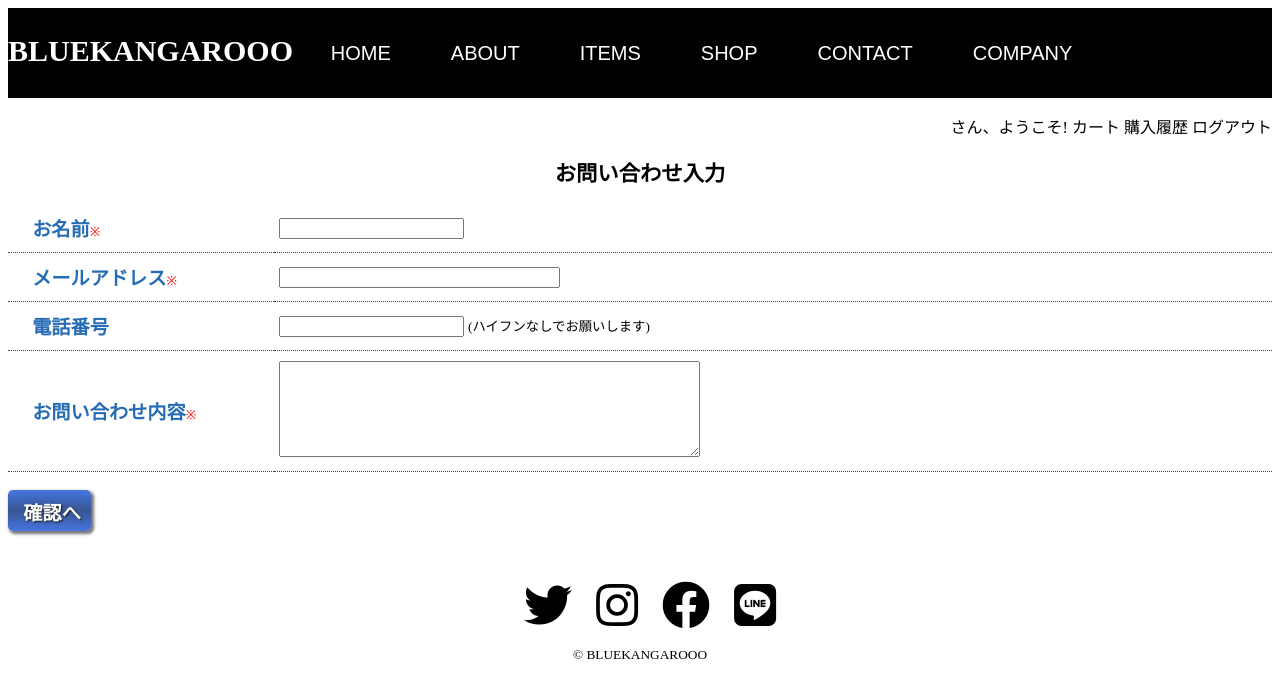
Repository: xiezom/test
Page: http://localhost/ecsite/contact.jsp
An editor plug-in stored every save of this project. The page is shown before and after the next save, followed by the edit.
The browser window is 1280 px wide. The pictures show the whole page.
Some web libraries are served in a nearby version. The page is served by Tomcat 9. Other server files are loaded and not shown.

Above is the page before, as saved 2019-03-29 06:08:04.

### ecsite/WebContent/contact.jsp
<%@ page language="java" contentType="text/html; charset=UTF-8"
    pageEncoding="UTF-8"%>
<%@ taglib prefix="s" uri="/struts-tags"%>
<!DOCTYPE html>
<html>
<head>

	<meta http-equiv="Content-Type" content="text/html; charset=utf8"/>
	<meta http-equiv="Content-Style-Type" content="text/css"/>
	<meta http-equiv="Content-Script-Type" content="text/javascript"/>
	<meta http-equiv="imagetoolbar" content="no">
	<meta name="description" content=""/>
	<meta name="keywords" content=""/>

	<title>CONTACT</title>

	<link rel="stylesheet" type="text/css" href="./css/contact.css">
	<link rel="stylesheet" href="https://use.fontawesome.com/releases/v5.8.1/css/all.css">

	<!--
	<script type="text/javascript" src="./jquery-2.1.1.min.js"></script>
	-->
	<script src="https://ajax.googleapis.com/ajax/libs/jquery/2.1.1/jquery.min.js"></script>
	<script type="text/javascript" src="./js/contact.js"></script>

</head>
<body>
	<div class="header">
		<h1 class="logo">BLUEKANGAROOO</h1>
		<ul>
            <li><a href='<s:url action="GoHomeAction"/>'>HOME</a></li>
            <li><a href='<s:url action="AboutAction"/>'>ABOUT</a></li>
            <li><a href='<s:url action="HomeAction"/>'>ITEMS</a></li>
            <li><a href="">SHOP</a></li>
            <li><a href='<s:url action="ContactAction"/>'>CONTACT</a></li>
            <li><a href="">COMPANY</a></li>
        </ul>

	</div>
	<div>
    	<p class="welcome">
	        <s:property value="session.user_name"/>さん、ようこそ!
	        <a href='<s:url action="MyCartAction"/>'>カート</a>
	        <a href='<s:url action="MyPageAction" />'>購入履歴</a>
	        <a href='<s:url action="LogoutAction" />'>ログアウト</a>
    	</p>
	</div>
	<div id="container">
		<div id="contact" class="contents">
		<form name="contactForm" method="post" action="./contact.php" class="ContactForm">
			<!-- お問い合わせ内容-->
			<div id="contactInfos">
				<div id="v1" class="ItemContent"><!-- 入力画面 -->
					<h2 class="Ttl"><span>お問い合わせ入力</span></h2>
				      <table class="Tbl">
				        <tbody>
				          <tr>
				            <td class="TxtR">お名前<em>※</em></td>
				            <td><input type="text" name="user_name" class="IText ChangeConfirm ImeModeActive IO" data-rule="required" data-confirm="c_userName" title="お名前"></td>
				          </tr>
				          <tr>
				            <td class="TxtR">メールアドレス<em>※</em></td>
				            <td><input name="email" class="IText ChangeConfirm IO" type="email" size="32" maxlength="128" data-rule="required,email" data-confirm="c_email" title="メールアドレス"></td>
				          </tr>
				          <tr>
				            <td class="TxtR">電話番号</td>
				            <td><input name="tel" class="IText ChangeConfirm IO" type="tel" data-rule="tel" data-confirm="c_tel" title="電話番号" >
				              <small>(ハイフンなしでお願いします)</small>
				            </td>
				          </tr>
				          <tr>
				            <td class="TxtR">お問い合わせ内容<em>※</em></td>
				            <td><textarea name="contents" class="ITextArea ChangeConfirm ImeModeActive IO" cols="50" rows="6" maxlength="1000" data-rule="required" data-confirm="c_infos" title="お問い合わせ内容"></textarea></td>
				          </tr>
				        </tbody>
				      </table>
		      		<br>
		      		<input type="button" class="Btn" value=" 確認へ" id="goConfirm">
		      		<br>
		      	</div><!-- //入力画面 -->

		      	<div id="v2" class="ItemContent" style="display:none;"><!-- 確認画面 -->
					<h2 class="ttl"><span>お問い合わせ確認</span></h2>
				      <table class="Tbl">
				        <tbody>
				          <tr>
				            <td class="TxtR">お名前<em>※</em></td>
				            <td><span id="c_userName"></span></td>
				          </tr>
				          <tr>
				            <td class="TxtR">メールアドレス<em>※</em></td>
				            <td><span id="c_email"></span></td>
				          </tr>
				          <tr>
				            <td class="TxtR">電話番号</td>
				            <td><span id="c_tel"></span>
				            </td>
				          </tr>
				          <tr>
				            <td class="TxtR">お問い合わせ内容<em>※</em></td>
				            <td><span id="c_infos"></span></td>
				          </tr>
				        </tbody>
				      </table>
		      		<div style="margin:1rem;">
		      		<input type="button" class="Btn BackBtn" value=" 修正する " id="goBack">　<input type="submit" class="Btn" value=" 送信する ">
		      		</div>
		      	</div><!-- 確認画面 -->

		     </div><!-- お問い合わせ内容-->
		</form>
		</div>
	</div>

	<div class="footer">
	<nav>
		<ul class="social">
			<li><a href="https://twitter.com/brue61663564" target="_blank"><i class="fab fa-twitter fa-3x"></i></a>
			</li>
			<li><a href="" target="_blank"><i class="fab fa-instagram fa-3x"></i></a>
			</li>
			<li><a href="" target="_blank"><i class="fab fa-facebook fa-3x"></i></a>
			</li>
			<li><a href="" target="_blank"><i class="fab fa-line fa-3x"></i></a>
			</li>
		</ul>
	</nav>
		<p class="copy"><small>&copy; BLUEKANGAROOO</small></p>
	</div>

</body>
</html>

### ecsite/WebContent/css/contact.css
@CHARSET "utf-8";

		a {
			text-decoration: none;
			color: black;
			position: relative;
  			display: inline-block;
		}

		a::after {
			position: absolute;
			bottom: -4px;
			left: 0;
			content: '';
			width: 100%;
			height: 2px;
			background: #333;
			transform: scale(0, 1);
			transform-origin: center top;
			transition: transform .3s;
		}

		a:hover::after {
			  transform: scale(1, 1);
		}

		ul {
			list-style-type: none;
		}

		.top {
			width: 780px;
			margin: 30px auto;
			border: 1px solid #333;
		}

		.header {
			width: 100%;
			height: 90px;
			background-color: black;
			overflow: hidden;
		}

		.logo {
			margin-top: -2px;
			float: left;
			width: 20%;
			line-height: 90px;
			color: white;
			font-family: robot;
			font-size: 30px;
		}

		.header ul {
			text-align: center;
			float: left;
			margin: 0 auto;
		}

		.header ul {
			text-align: center;
			float: left;
			margin: 0 auto;
		}

		.header ul li {
		    float: left;
		    padding-left: 30px;
		    padding-right: 30px;
		    line-height: 90px;
		    font-size: 20px;
		    font-family: 游ゴシック, YuGothic, meiryo, sans-serif;
		    color: #fff;
		    transition: background-color 2s;
		}

		.header ul li a {
			color: white;
		}

		.header li:hover {
			background-color: #585649;
			transition: background-color 800ms;
		}

		.header ul li a:visited {
			color: white;
		}

		.welcome {
			text-align: right;
		}

		.main {
			clear: both;
			width: 100%;
			height: auto;
			text-align: center;
		}

		table.Tbl {
			border-collapse: collapse;
			border: 0;
			width: 100%;
		}
		table.Tbl td {
			border-bottom: dotted 1px #404040;
			text-align: left;
		}
		td.txtRight {
			text-align: right;
		}
		table.Tbl td:first-child {
			color: #266CB5;
			padding: 10px 0 10px 5px;;
			width: 20%;
			font-weight: bold;
			font-size: 1.2em;
		  	text-indent: 1em;
		}
		table.Tbl td:last-child {
			padding: 10px 0 10px 5px;;
			width: 75%;
		}


		td.TxtR {
			text-align: right;
		}

		/* ======== お問い合わせ枠CSS ========== */
		.ITxt {
			min-width: 13em;
			background: #f4f4f4;
			background: -webkit-gradient(linear, left top, left bottom, from(#fff), to(#f4f4f4));
			background: -moz-linear-gradient(top, #fff, #f4f4f4);
			border: 2px solid #DADADA;
			padding: 5px 0;
			-webkit-box-shadow: inset 0 2px 3px rgba(0,0,0,.1);
			-moz-box-shadow: inset 0 2px 3px rgba(0,0,0,.1);
			box-shadow: inset 0 2px 3px rgba(0,0,0,.1);
			-webkit-appearance: none;
			color: #403071;
			font-size: 150%;
			font-weight: bold;
			ime-mode: auto;
		}
		.ImeModeActive {
			ime-mode: active;   /* 全角モード */
		}

		.Btn {
		    /* 文字サイズを1.2emに指定 */
		    font-size: 1.2em;
		    /* 文字の太さをboldに指定 */
		    font-weight: bold;
		    /* 縦方向に10px、
		     * 横方向に30pxの余白を指定 */
		    padding: 8px 10px 5px;
		    /* 文字色を白色に指定 */
		    color: #fff;
		    /* ボーダーをなくす */
		    border-style: none;
		    /* ボタンの影の指定
			 */
		    box-shadow: 2px 2px 3px 1px #666;
		    -moz-box-shadow: 2px 2px 3px 1px #666;
		    -webkit-box-shadow: 2px 2px 3px 1px #666;
		    /* テキストの影の指定 */
		    text-shadow: 1px 1px 2px #000;
		    /* グラデーションの指定 */
		    background: -moz-linear-gradient(bottom, #36d, #248 50%, #36d);
		    background: -webkit-gradient(linear, left bottom, left top, from(#36d), color-stop(0.5, #248), to(#36d));
		    /* 角丸の指定 */
		    -moz-border-radius: 5px;
		    -webkit-border-radius: 5px;
		    border-radius: 5px;
		    /* 透明度を10%に指定 */
		    opacity: 0.9;
		}

		.Btn:hover {
		    opacity: 1;
		    cursor:pointer;
		}


		.Ttl {
			font-size: 16pt;
			font-weight: bolder;
			text-align: center;
		}
		em {
			color: red;
			font-size: 65%;
			font-weight: normal !important;
			font-style: normal;
		}

		.ErrorIo {
			/* Firefox */
			background: -moz-linear-gradient(top center, pink 0%, pink 100%);
			/* Chrom と Safari */
			background: -webkit-gradient(linear, center top, center bottom, from(pink), to(pink));
			/* 共通 */
			background: linear-gradient(top center, pink 0%, pink 100%);
			background-color: pink;
		}

		.footer {
			margin-top: 50px;
			width:100%;
			height: 80px;
			clear: both;
			text-align: center;
		}

		.sosial {
			text-align: center;
		}
		.social li {
			display: inline-block;
			margin-right: 20px;
		}

		.fab {
			color: black;
		}

		.copy {
			clear: both;
			text-align: center;
		}

### ecsite/WebContent/js/contact.js
/**
 *
 */

$ (function(){

	// 入力テキストの値が変わったら、確認画面の項目に同期する
	$('#v1 table tr td .ChangeConfirm').change(function() {
	    relationId = $(this).data('confirm');
	    $("#"+relationId).html($(this).val().replace(/\n/g,"<br>\n"));
	});

	// 「確認へ」ボタン押下
	$("#goConfirm").click(function(){
		// Validationチェック
		checkFlag = valiCheck('contactForm');
		//チェックOKなら、確認表示へ切替
		if(checkFlag){
			$("#v1").hide();
			$("#v2").show(100);
		}
	});

	// 「修正する」ボタンを押下
	$("#goBack").click(function(){
	  	$("#v2").hide();
	    $("#v1").show(100);
	});
});

/*
 * Formのバリデーションチェック
 * formName string Form名前
 * return boolen true：OK false：NG
 */
function valiCheck(formName) {
	checkFlag = true;
	var msg = "";
	$('form[name='+formName+'] .IO').each(function(i, elem) {
    	//console.log(i + ': ' + $(elem).val());
    	var rules = $(elem).data('rule').split(',');
    	for(var j=0; j<rules.length; j++) {
    		// 必須チェックと後続処理
    		if(checkFlag && rules[j] == 'required'){
    			checkFlag = checkRequired(elem);
    			if(!checkFlag) {
    				msg = '#ITEM#は必須です。';
    				break;
    			}
    		}
    		// 電話番号チェックと後続処理
    		if(checkFlag && rules[j] == 'tel') {
    			checkFlag = checkTel(elem);
    			if(!checkFlag) {
    				msg = '#ITEM#は不正です。';
    				break;
    			}
    		}
    		// メアドチェックと後続処理
    		if(checkFlag && rules[j] == 'email') {
    			checkFlag = checkEmail(elem);
    			if(!checkFlag) {
    				//alert($(elem).attr('title') +'は不正です。');
    				msg = '#ITEM#は不正です。'
    				break;
    			}
    		}
    	}

    	if(checkFlag) {
    		$(elem).removeClass('ErrorIo');// if has
    	}else {
    		$(elem).addClass('ErrorIo');
    		alert(msg.replace(/#ITEM#/, $(elem).attr('title')));
    		return false;
    	}

	});

	return checkFlag;
}

/*
 * 必須チェック
 * elem document.element チェック対象
 * return boolen true：OK false：NG
 */
function checkRequired(elem) {
	if($(elem).val() == '') {
		return false;
	}
	return true;

}
/*
 * 電話番号チェック
 * elem document.element チェック対象
 * return boolen true：OK false：NG
 */
function checkTel(elem) {
	if($(elem).val() =='') {return true;}
	if(!$(elem).val().match(/^\d{2,5}\d{1,4}\d{4}$/)) {
		return false;
	}
	return true;
}

/*
 * メールアドレスチェック
 * elem document.element チェック対象
 * return boolen true：OK false：NG
 */
function checkEmail(elem) {
	if($(elem).val() =='') {return true;}
	if(!$(elem).val().match(/^[a-zA-Z0-9.!#$%&'*+/=?^_`{|}~-]+@[a-zA-Z0-9-]+(?:\.[a-zA-Z0-9-]+)*$/)) {
		return false;
	}
	return true;
}

After the next save:
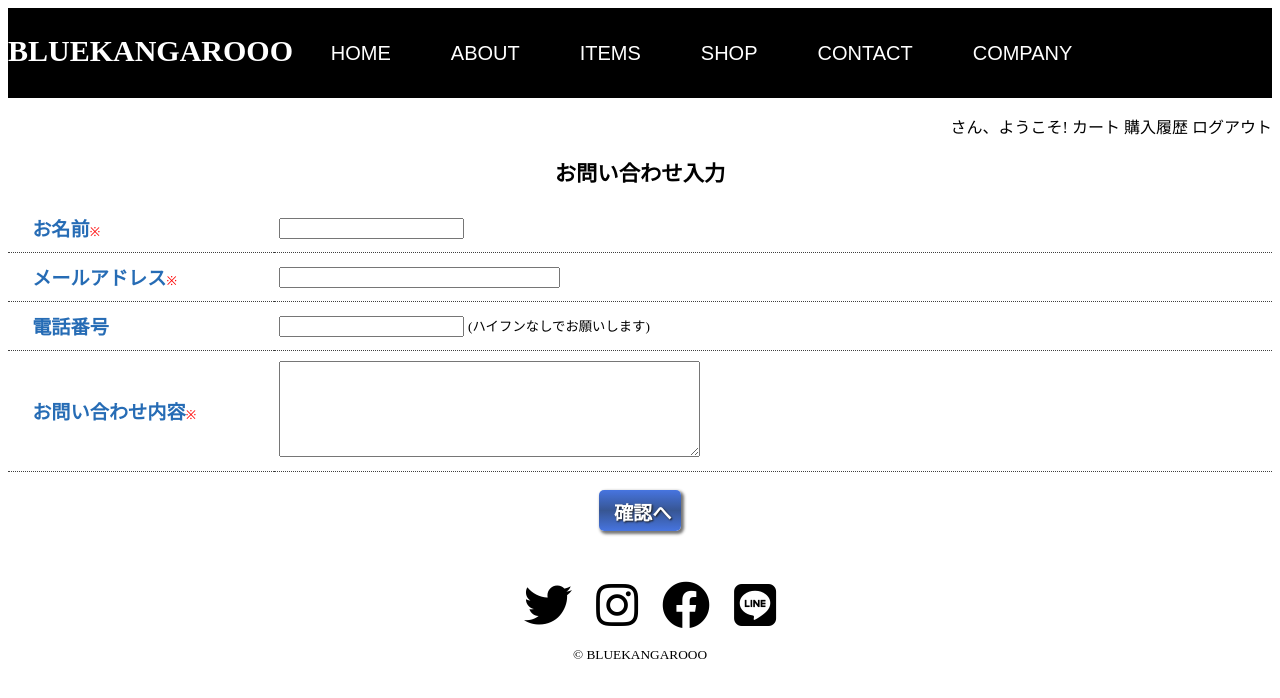
Saved 45 s later.
--- a/ecsite/WebContent/contact.jsp
+++ b/ecsite/WebContent/contact.jsp
@@ -45,7 +45,8 @@
 	        <a href='<s:url action="LogoutAction" />'>ログアウト</a>
     	</p>
 	</div>
-	<div id="container">
+
+	<div class="main">
 		<div id="contact" class="contents">
 		<form name="contactForm" method="post" action="./contact.php" class="ContactForm">
 			<!-- お問い合わせ内容-->
